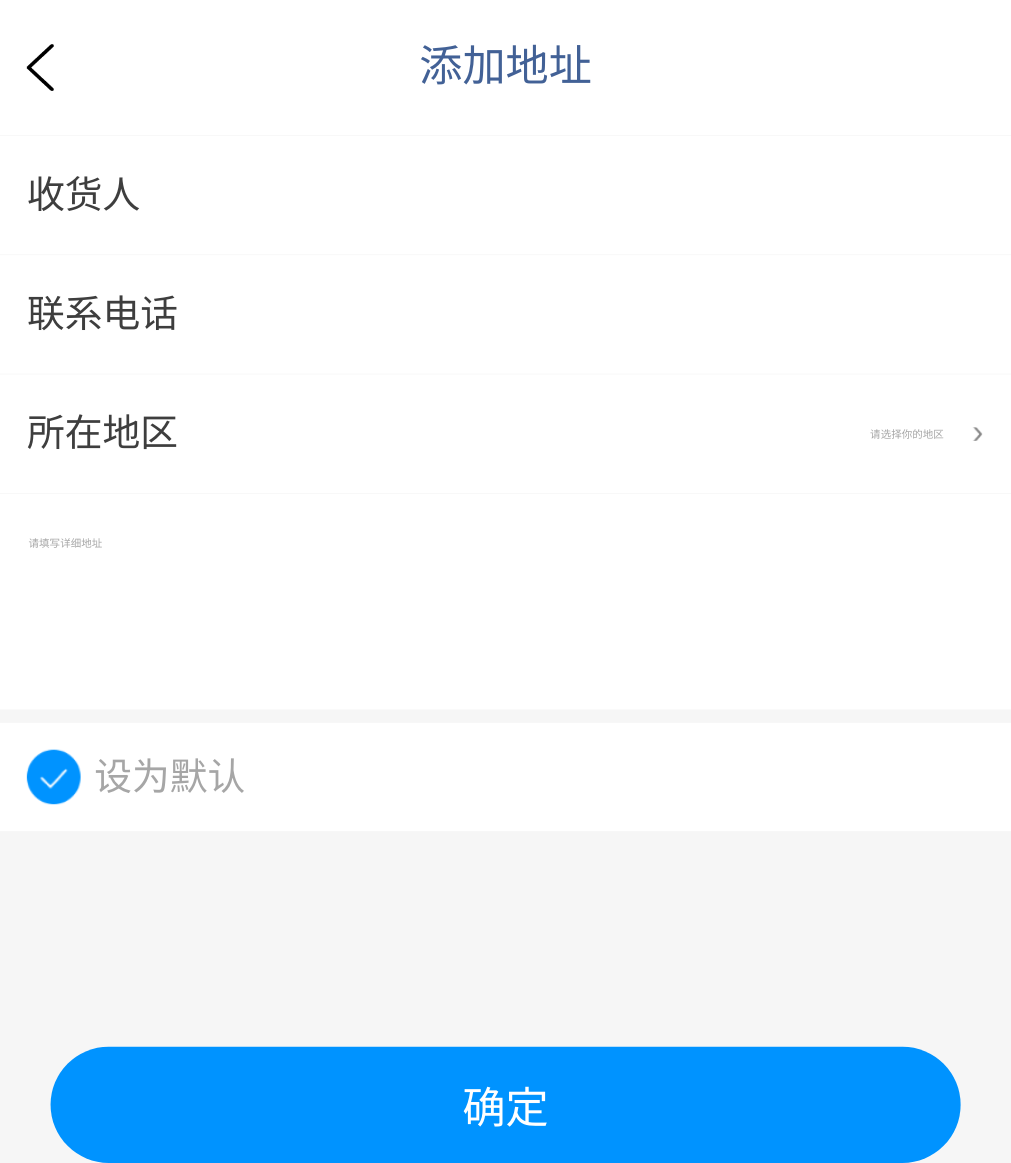
Repository: 421538074/sell
Page: consumer/manage-address.html
The author's editor kept a copy of each file at every save. The page is drawn from the files as they stood at one save, then again after the next save.
The browser window is 1280 px wide. The pictures show the whole page, at 79% of full size.

Above is the page before, as saved 2019-06-03 16:24:38.

After the next save:
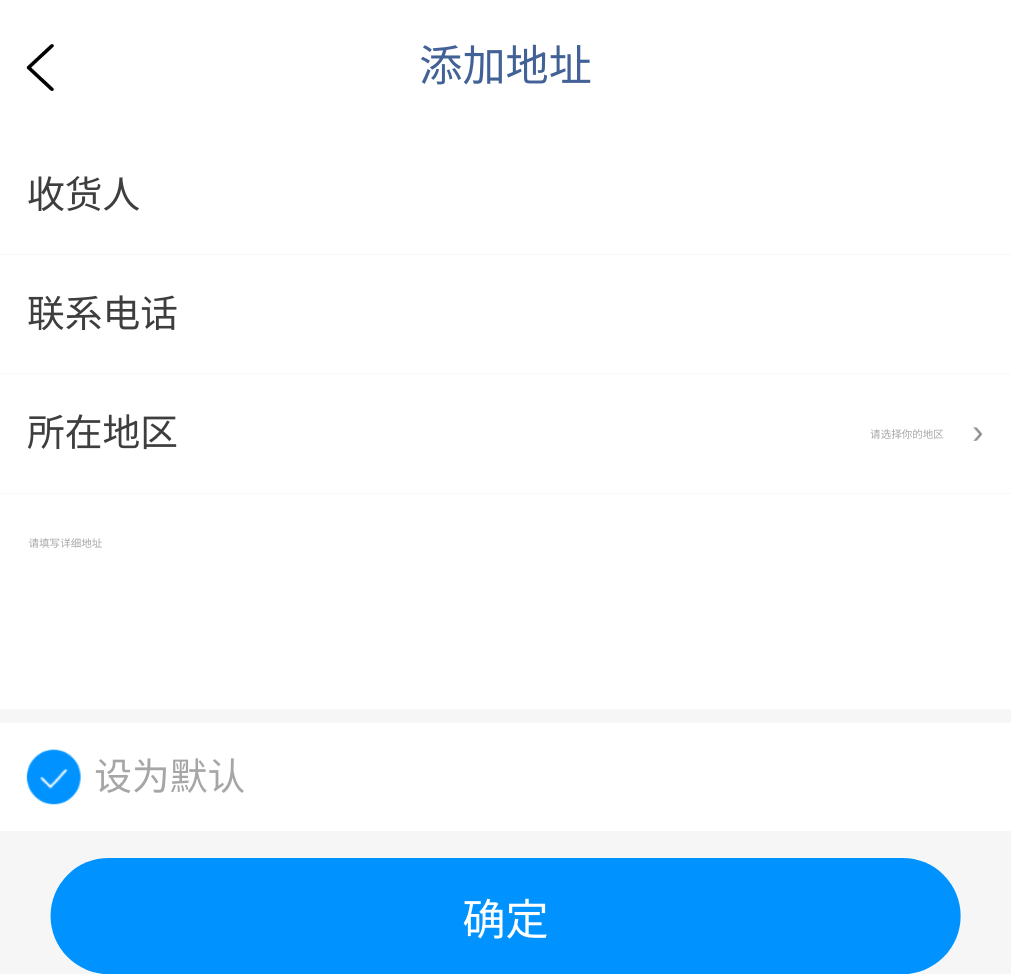
Saved 12 s later.
--- a/consumer/css/manage-address.css
+++ b/consumer/css/manage-address.css
@@ -71,5 +71,4 @@ button.confirm-add {
     padding: 1rem;
     border-radius: 10rem;
     font-size: 1.6rem;
-    margin-top: 8rem;
 }
